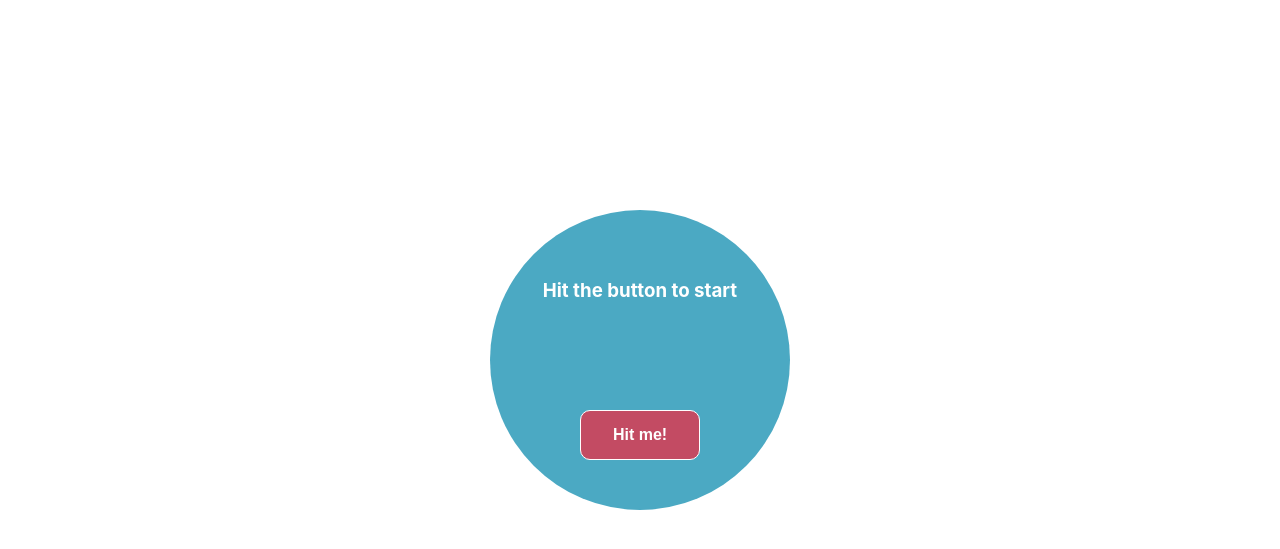
Repository: litalsh/Usless-Counter
Page: /
These files come from the project's save history. The page is drawn as it stood at one moment and after the next save; the edit follows.
The browser window is 1280 px wide. The pictures show the whole page.
The project was rebuilt for these pictures with package versions that can differ from the ones it lists, and the page was loaded fresh each time.

Above is the page before, as saved 2021-02-22 13:05:34.

### src/App.js
import React, { useState } from 'react';
import './App.css';

function App() {
  const [counter, setCounter] = useState(0);

  const clickHandler = () => {
    setCounter(counter + 1)
  }

  const btnText = () => {
    if (counter < 1) {
      return 'Hit me!'
    } else
      if (1 <= counter && counter <= 10) {
        return 'OUCH!'
      } else {
        return 'Please stop ಠ_ಠ'
      }
  }

  return (
    <div className="App">
      {counter === 0 ? <h3>Hit the button to start</h3> : <h3>I clicked it <span>{counter}</span> times already. Nothing is happaning!</h3>}
      <button onClick={() => clickHandler()}>{btnText()}</button>
    </div>
  );
}

export default App;

### src/App.css
#root{
  display: flex;
  width: 100vw;
  height: 100vh;
  justify-content: center;
  flex-direction: row;
  margin: auto;
}

.App {
  display: flex;
  flex-direction: column;
  justify-content: space-between;
  text-align: center;
  width: 300px;
  height: 300px;
  border-radius: 50%;
  background: #4BA9C3;
  padding: 50px;
  box-sizing: border-box;
  align-self: center;
}

h3 {
  color: #fff;
}

span {
  font-size: x-large;
  font-weight: bolder;
  color: #C34B63 ;
}

button {
  width: 120px;
  height: 50px;
  border-radius: 10px;
  border: 0.1em solid #fff;
  background: #C34B63;
  color: #fff;
  align-self: center;
  font-size: 1rem;
  font-weight: bold;
}

button:focus {
  outline: none;
  box-shadow: none;
}

Loaded but not shown: public/index.html (common file); src/index.js (common file); src/index.css (common file); src/reportWebVitals.js (common file)

After the next save:
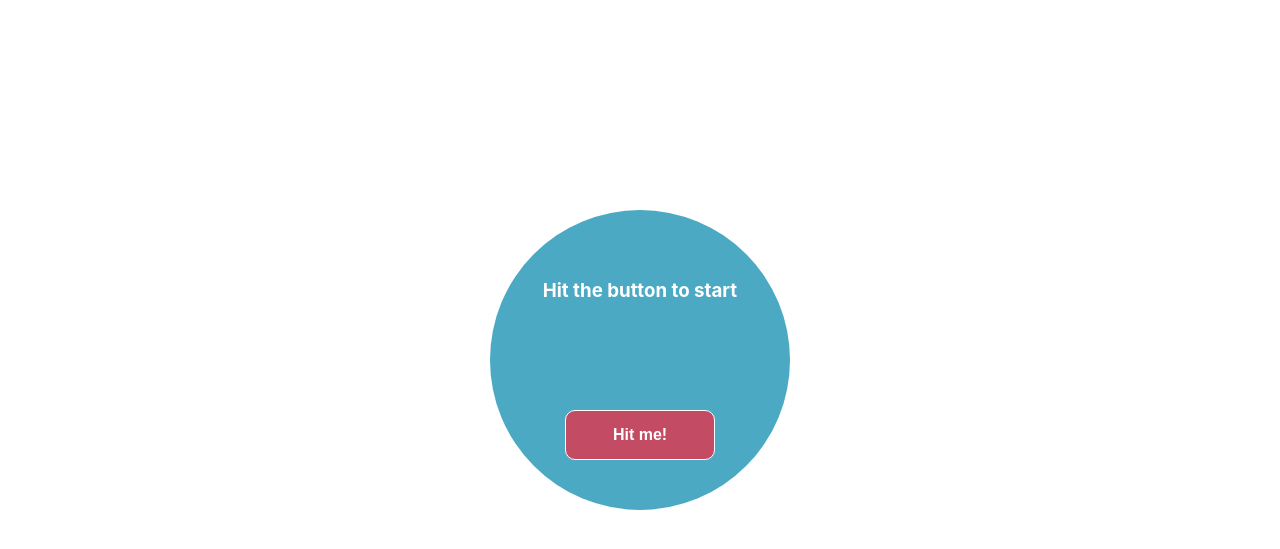
Saved 5 s later.
--- a/src/App.css
+++ b/src/App.css
@@ -32,7 +32,7 @@ span {
 }
 
 button {
-  width: 120px;
+  width: 150px;
   height: 50px;
   border-radius: 10px;
   border: 0.1em solid #fff;
